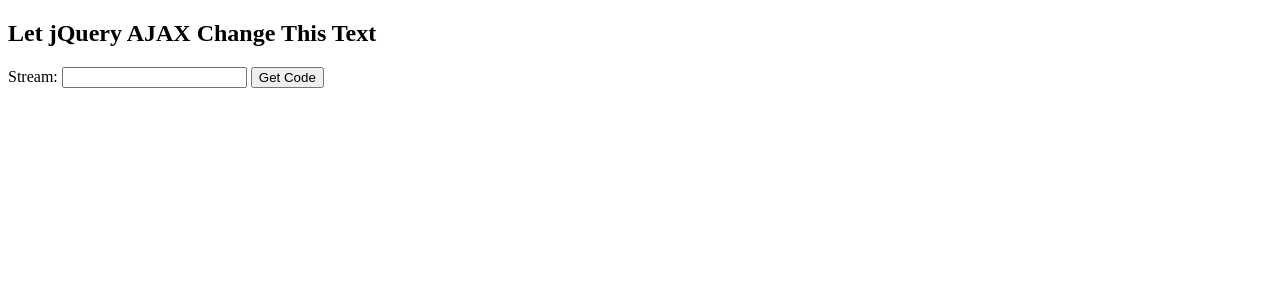
Repository: prashant4nov/CodeApp
Page: webapp/CodeApp/WebContent/index.html
The author's editor kept a copy of each file at every save. The page is drawn from the files as they stood at one save, then again after the next save.
The browser window is 1280 px wide. The pictures show the whole page.
Some web libraries are served in a nearby version.

Above is the page before, as saved 2017-01-13 19:09:52.

After the next save:
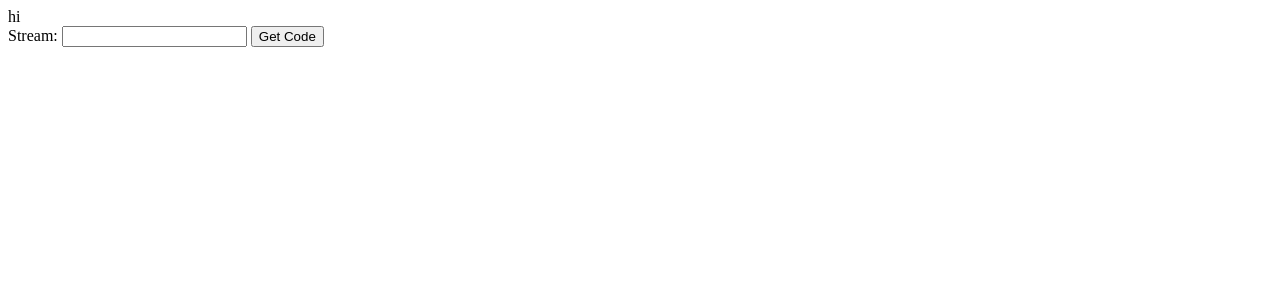
Saved 8 s later.
--- a/webapp/CodeApp/WebContent/index.html
+++ b/webapp/CodeApp/WebContent/index.html
@@ -5,7 +5,7 @@
 </head>
 <body>
 
-<div id="div1"><h2>Let jQuery AJAX Change This Text</h2></div>
+<div id="div1">hi</div>
 
  <form onkeypress="myFunction()" onsubmit="myFunction()">
             Stream: <input name="stream" type="text" id="stream">
